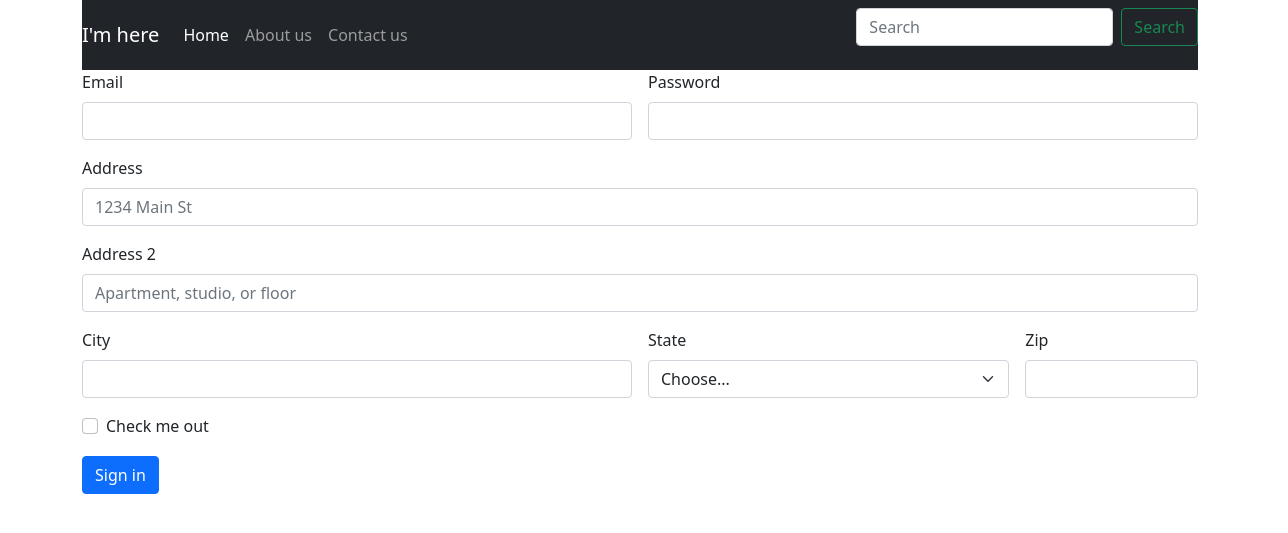
Repository: ritikalohia/Django-beginners-
Page: textutiles/templates/contact.html
An editor plug-in stored every save of this project. The page is shown before and after the next save, followed by the edit.
The browser window is 1280 px wide. The page is 1280 px wide, then 1288 px, so the pictures cover 1288 px, including what lies to the right of the window. The pictures show the whole page.

Above is the page before, as saved 2021-05-22 21:16:51.

### textutiles/templates/contact.html
<DOCTYPE html>
<html lang="en">
<head>
    <meta charset="UTF-8">
    <title>home/contact</title>

    <!-- Required meta tags -->
    <meta charset="utf-8">
    <meta name="viewport" content="width=device-width, initial-scale=1">

    <!-- Bootstrap CSS -->
    <link href="https://cdn.jsdelivr.net/npm/bootstrap@5.0.1/dist/css/bootstrap.min.css" rel="stylesheet" integrity="sha384-+0n0xVW2eSR5OomGNYDnhzAbDsOXxcvSN1TPprVMTNDbiYZCxYbOOl7+AMvyTG2x" crossorigin="anonymous">
</head>
<body>
    <div class="container">
    <nav class="navbar navbar-expand-lg navbar-dark bg-dark">

        <button class="navbar-toggler" type="button" data-bs-toggle="collapse" data-bs-target="#navbarTogglerDemo01" aria-controls="navbarTogglerDemo01" aria-expanded="false" aria-label="Toggle navigation">
            <span class="navbar-toggler-icon"></span>
        </button>
        <div class="collapse navbar-collapse" id="navbarTogglerDemo01">
            <a class="navbar-brand" href="#">I'm here</a>
        <ul class="navbar-nav me-auto mb-2 mb-lg-0">
            <li class="nav-item">
                <a class="nav-link active" aria-current="page" href="#">Home</a>
            </li>
            <li class="nav-item">
                <a class="nav-link" href="/about">About us</a>
            </li>
            <li class="nav-item">
                <a class="nav-link" href="/contact">Contact us</a>
            </li>
        </ul>
      <form class="d-flex">
        <input class="form-control me-2" type="search" placeholder="Search" aria-label="Search">
        <button class="btn btn-outline-success" type="submit">Search</button>
      </form>
    </div>

    </nav>

    <form class="row g-3">
  <div class="col-md-6">
    <label for="inputEmail4" class="form-label">Email</label>
    <input type="email" class="form-control" id="inputEmail4">
  </div>
  <div class="col-md-6">
    <label for="inputPassword4" class="form-label">Password</label>
    <input type="password" class="form-control" id="inputPassword4">
  </div>
  <div class="col-12">
    <label for="inputAddress" class="form-label">Address</label>
    <input type="text" class="form-control" id="inputAddress" placeholder="1234 Main St">
  </div>
  <div class="col-12">
    <label for="inputAddress2" class="form-label">Address 2</label>
    <input type="text" class="form-control" id="inputAddress2" placeholder="Apartment, studio, or floor">
  </div>
  <div class="col-md-6">
    <label for="inputCity" class="form-label">City</label>
    <input type="text" class="form-control" id="inputCity">
  </div>
  <div class="col-md-4">
    <label for="inputState" class="form-label">State</label>
    <select id="inputState" class="form-select">
      <option selected>Choose...</option>
      <option>...</option>
    </select>
  </div>
  <div class="col-md-2">
    <label for="inputZip" class="form-label">Zip</label>
    <input type="text" class="form-control" id="inputZip">
  </div>
  <div class="col-12">
    <div class="form-check">
      <input class="form-check-input" type="checkbox" id="gridCheck">
      <label class="form-check-label" for="gridCheck">
        Check me out
      </label>
    </div>
  </div>
  <div class="col-12">
    <button type="submit" class="btn btn-primary">Sign in</button>
  </div>
</form>

</div>
</body>
</html>

After the next save:
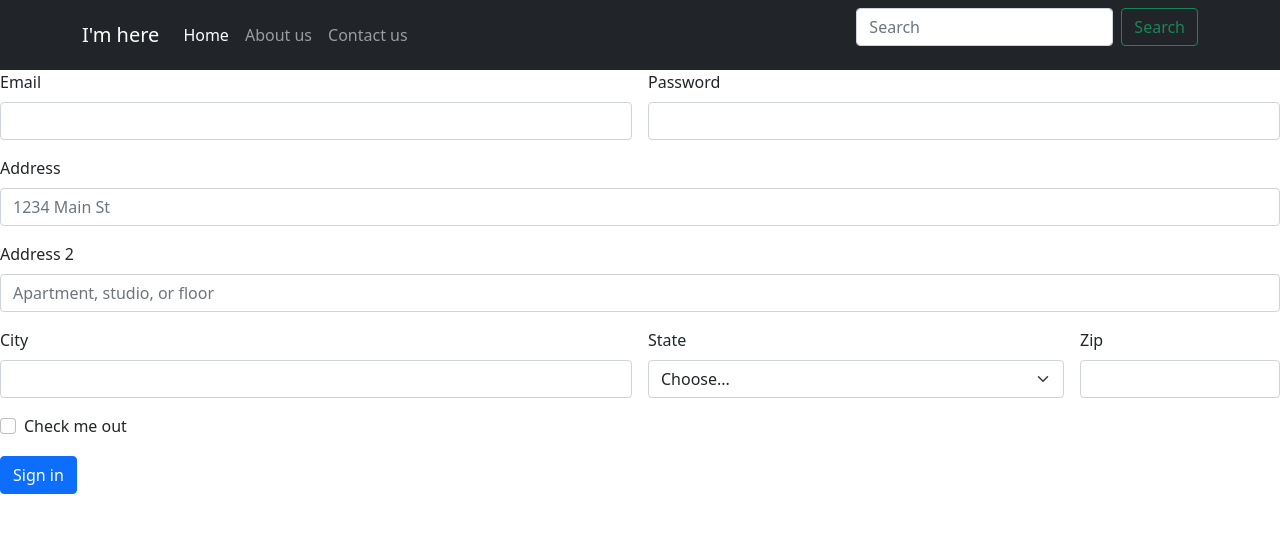
Saved 25 s later.
--- a/textutiles/templates/contact.html
+++ b/textutiles/templates/contact.html
@@ -12,9 +12,9 @@
     <link href="https://cdn.jsdelivr.net/npm/bootstrap@5.0.1/dist/css/bootstrap.min.css" rel="stylesheet" integrity="sha384-+0n0xVW2eSR5OomGNYDnhzAbDsOXxcvSN1TPprVMTNDbiYZCxYbOOl7+AMvyTG2x" crossorigin="anonymous">
 </head>
 <body>
-    <div class="container">
+
     <nav class="navbar navbar-expand-lg navbar-dark bg-dark">
-
+        <div class="container">
         <button class="navbar-toggler" type="button" data-bs-toggle="collapse" data-bs-target="#navbarTogglerDemo01" aria-controls="navbarTogglerDemo01" aria-expanded="false" aria-label="Toggle navigation">
             <span class="navbar-toggler-icon"></span>
         </button>
@@ -36,7 +36,7 @@
         <button class="btn btn-outline-success" type="submit">Search</button>
       </form>
     </div>
-
+    </div>
     </nav>
 
     <form class="row g-3">
@@ -83,7 +83,5 @@
     <button type="submit" class="btn btn-primary">Sign in</button>
   </div>
 </form>
-
-</div>
 </body>
 </html>
